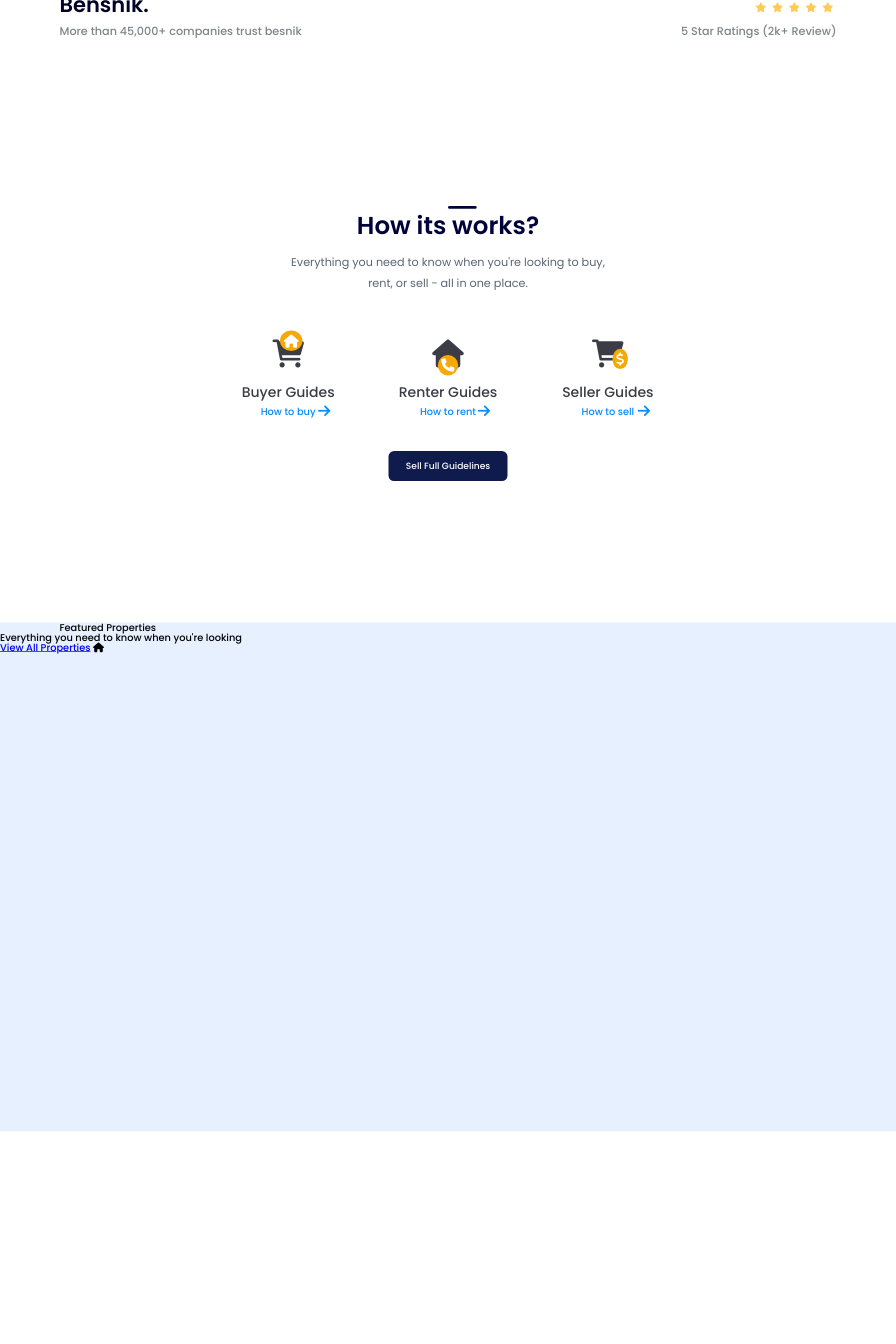
Repository: kauittt/f8-htmlcss-01
Page: index.html
An editor plug-in stored every save of this project. The page is shown before and after the next save, followed by the edit.
The browser window is 1280 px wide. The pictures show the part of the page from y = 866 to 2786 px (the page is 2911 px tall), at 70% of full size.

Above is the page before, as saved 2023-01-01 10:17:06.

After the next save:
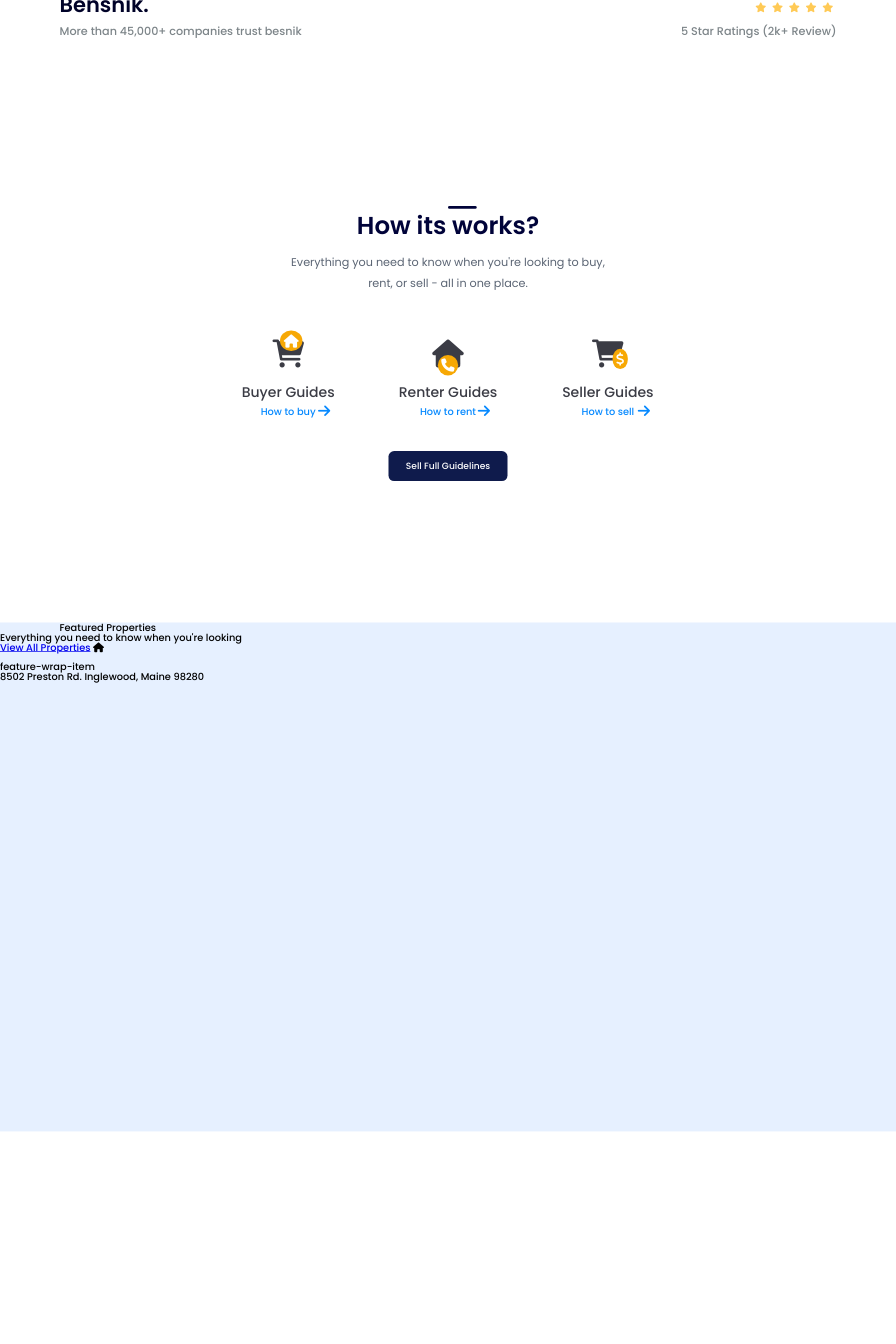
Saved 107 s later.
--- a/index.html
+++ b/index.html
@@ -156,8 +156,10 @@
             </div>
 
             <div class="feature-wrap">
-                <div class="feature-wrap__item">
-
+                <div class="feature-wrap-item">
+                    <img src="" alt="" class="feature-wrap-item__img">
+                    <p class="feature-wrap-item__title">feature-wrap-item</p>
+                    <p class="feature-wrap-item__text">8502 Preston Rd. Inglewood, Maine 98280</p>
                 </div>
             </div>
         </div>
